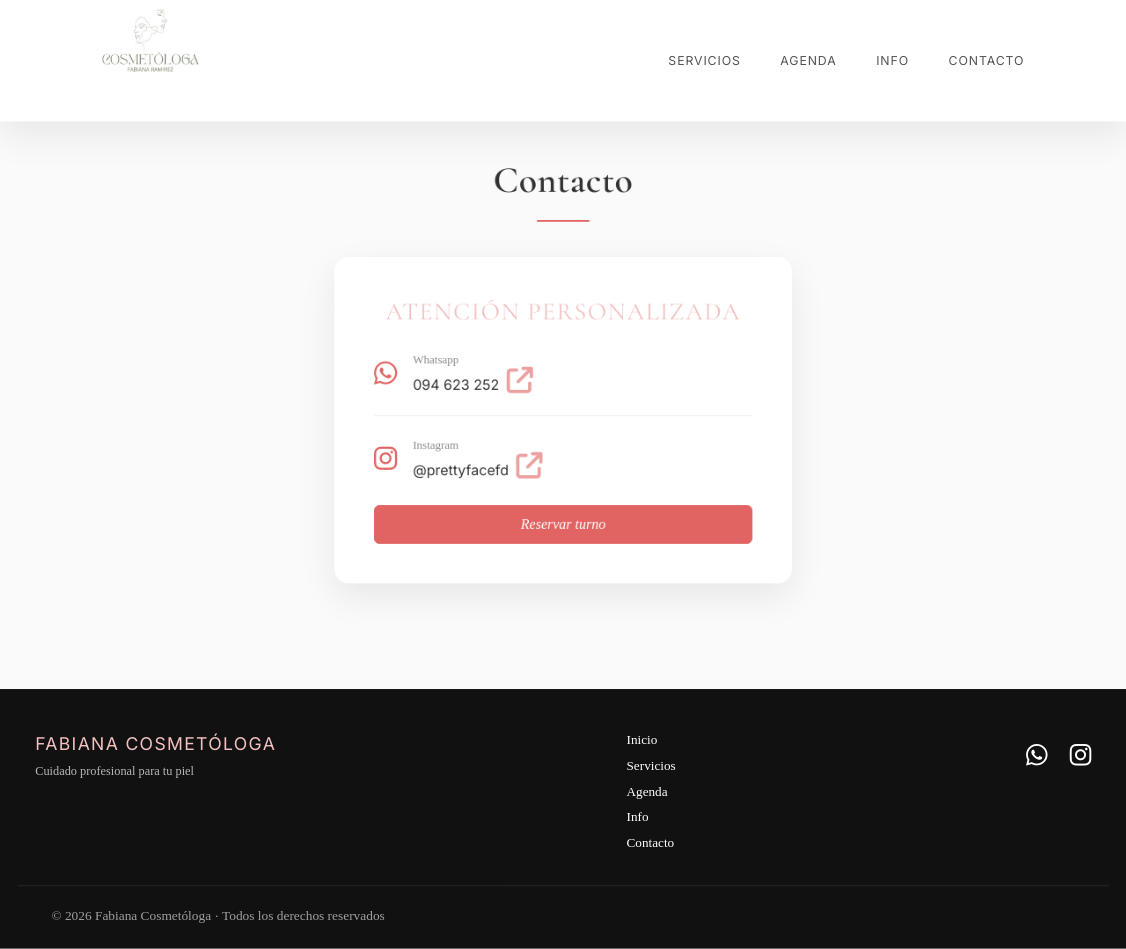
Repository: thiagobal1891-sudo/paginaweb
Page: pages/contacto.html
The author's editor kept a copy of each file at every save. The page is drawn from the files as they stood at one save, then again after the next save.
The browser window is 1280 px wide. The pictures show the whole page, at 88% of full size.
Some web fonts or font styles are not loaded; a fallback is used.

Above is the page before, as saved 2026-03-17 14:15:56.
Console error: ReferenceError: emailjs is not defined

### pages/contacto.html

<!DOCTYPE html>
<html lang="es">
<head>
  <meta charset="UTF-8">
  <meta name="viewport" content="width=device-width, initial-scale=1.0">
  <title>Fabiana Cosmetóloga</title>
  <link rel="stylesheet" href="../css/style.css">
  <link rel="preconnect" href="https://fonts.googleapis.com">
  <link rel="preconnect" href="https://fonts.gstatic.com" crossorigin>
  <link
    href="https://fonts.googleapis.com/css2?family=Melodrama:wght@400;500;600;700&family=Inter:wght@100..900&family=Poppins:wght@100..900&family=Cormorant+Garamond:wght@300..700&display=swap"
    rel="stylesheet">
  <link rel="stylesheet" href="https://cdnjs.cloudflare.com/ajax/libs/font-awesome/6.5.0/css/all.min.css"
    crossorigin="anonymous" referrerpolicy="no-referrer" />
</head>

<body>
  <header>
    <div class="container">
      <a href="../index.html" class="logo">
        <img src="../media/logo.png"
  alt="Logo de la marca"
  loading="lazy"
  decoding="async">
      </a>
      <nav>
        <a href="servicios.html">SERVICIOS</a>
        <a href="agenda.html">AGENDA</a>
        <a href="info.html">INFO</a>
        <a href="contacto.html">CONTACTO</a>
      </nav>
    </div>
  </header>
<main>
<section id="contacto" class="appear">
<div class="section-title">
<h2>Contacto</h2>
</div>
<div class="container">
<div class="contact-card">
<h3>Atención personalizada</h3>
<div class="contact-item">
<i class="fa-brands fa-whatsapp"></i>
<div class="contact-info">
<span class="label">Whatsapp</span>
<a href="https://wa.me/59894623252"
target="_blank"
rel="noopener noreferrer"
class="valor">
094 623 252
<i class="fa-solid fa-arrow-up-right-from-square link-icon"></i>
</a>
</div>
</div>
<hr>
<div class="contact-item">
<i class="fa-brands fa-instagram"></i>
<div class="contact-info">
<span class="label">Instagram</span>
<a href="https://www.instagram.com/prettyfacefd"
target="_blank"
rel="noopener noreferrer"
class="valor">
@prettyfacefd
<i class="fa-solid fa-arrow-up-right-from-square link-icon"></i>
</a>
</div>
</div>
<a href="agenda.html#agenda-ya" class="btn-vermas">
Reservar turno
</a>
</div>
</div>

</section>
</main>
  <footer class="footer">
  <div class="footer-container">
    <div class="footer-brand">
      <h3>Fabiana Cosmetóloga</h3>
      <p>Cuidado profesional para tu piel</p>
    </div>
    <div class="footer-links">
      <a href="../index.html">Inicio</a>
      <a href="../pages/servicios.html">Servicios</a>
      <a href="../pages/agenda.html">Agenda</a>
      <a href="../pages/info.html">Info</a>
      <a href="../pages/contacto.html">Contacto</a>
    </div>
    <div class="footer-social">
      <a href="https://wa.me/59894623252" target="_blank">
        <i class="fa-brands fa-whatsapp"></i>
      </a>
      <a href="https://www.instagram.com/prettyfacefd" target="_blank">
        <i class="fa-brands fa-instagram"></i>
      </a>
    </div>
  </div>
  <div class="footer-bottom">
    <p>© 2026 Fabiana Cosmetóloga · Todos los derechos reservados</p>
  </div>
</footer>
  <script src="https://cdn.jsdelivr.net/npm/emailjs-com@3/dist/email.min.js"></script>
  <script src="../script.js" defer></script>
</body>
</html>

### css/style.css
@charset "UTF-8";
* {
  box-sizing: border-box;
  margin: 0;
  padding: 0;
}
html {
  scroll-behavior: smooth;
  scroll-padding-top: var(--header-height);
  font-size: 100%;
}
:root{
  --header-height:100px;
  --primary:#E16463;
  --primary-soft:rgba(225,100,99,.15);
  --primary-soft-light:rgba(225,100,99,.08);
  --text-dark:#333;
  --text-soft:#777;
  --shadow-hover:0 20px 50px rgba(0,0,0,.12);
  --shadow-soft:0 15px 40px rgba(0,0,0,.08);
}
body{
  font-family:"Melodrama", serif;
  margin:0;
  animation:fadePage .6s ease;
  padding-top: var(--header-height);
}
@keyframes fadePage{
from{
  opacity:0;
  transform:translateY(10px);
}

to{
  opacity:1;
  transform:translateY(0);
}
}
.appear{
  opacity:0;
  transform:translateY(40px);
  transition:opacity .8s ease, transform .8s ease;
  will-change: transform, opacity;
}
.appear.show{
  opacity:1;
  transform:translateY(0);
}
h1 {
  font-size:clamp(2.2rem,4vw,4.5rem);
  line-height: 1.1;
}
h2 {
  font-size:clamp(1.6rem,3vw,2.5rem);
  line-height: 1.2;
}
p {
font-size:clamp(.95rem,1.1vw,1.1rem);
line-height:1.7;
max-width:60ch;
}
h3 {
  font-size: 0.9em;
  font-family: "Inter", sans-serif;
  font-weight: 400;
  letter-spacing: 1.5px;
  color: #f3c1c1;
  text-transform: uppercase;
}
section{
position:relative;
padding:100px 20px;
}
.info_carta {
  font-size: 0.85em;
  color: #f2f2f2;
  font-family: "Inter", sans-serif;
  line-height: 1;
  margin-bottom: 2px;
  max-width:450px;
}
ul {
  list-style: none;
  padding-left: 0;
  font-size: 0.75em;
  font-family: "Inter", sans-serif;
  color: #ffffff;
}
ul li {
  margin-bottom: 4px;
  line-height: 1.3;
  padding-left: 22px;
  position: relative;
  opacity: 0.95;
  transition: transform 0.3s ease, opacity 0.3s ease;
}
ul li::before {
  content: "✧";
  position: absolute;
  left: 0;
  top: 0;
  color: #f3c1c1;
  font-size: 0.75em;
}
img{
transition:transform .6s ease, filter .6s ease;
height: auto;
max-width: 100%;
will-change: transform;
display: block;
}
button {
  font-size: 1rem;
  font-weight: 400;
  padding: 10px 30px;
  border-radius: 10px;
  border: 1.5px solid rgb(84, 84, 84);
  box-shadow: var(--shadow-soft);
  color: white;
  background-color: #d86a6a;
  font-family: "Inter", sans-serif;
  transition: all .25s ease;
  cursor: pointer;
  font-weight: bold;
}
button:hover {
  background-color: white;
  color:var(--primary);
  border-color: white;
  transform: translateY(-2px);
}
button:active{
  transform:scale(.97);
}
.container{
  max-width:1100px;
  margin-inline:auto;
  padding-inline:20px;
  width:100%;
  position:relative;
}
.container > *:not(:last-child){
  margin-bottom:40px;
}
header{
  position:fixed;
  width:100%;
  top:0;
  left:0;
  background-color:white;
  z-index:1000;
  box-shadow: var(--shadow-soft);
  transition:.3s;
  padding:10px 0;
}
header.scrolled{
  background:rgba(255,255,255,0.9);
  backdrop-filter:blur(8px);
  box-shadow:var(--shadow-soft);
}
header .logo {
  display: flex;
  align-items: center;
  justify-content: flex-start;
}
header .logo img{
  width:110px;
  height:auto;
  margin-bottom:6px;
}
header .container {
  display: flex;
  align-items: center;
  padding:0 16px;
  justify-content: space-between;
}
header nav {
  display: flex;
  flex-direction: row;
  justify-content: center;
  align-items: center;
  text-align: center;
}
header a {
  padding: 0px 5px;
  text-decoration: none;
  color: rgb(84, 84, 84);
  display: inline-block;
  font-family: "Inter", sans-serif;
  margin: 0 5px;
  font-size:14px;
  letter-spacing:1px;
}
header a:hover {
  color:var(--primary);
}
.hero-tag{
  font-family:"Inter",sans-serif;
  letter-spacing:2px;
  font-size:12px;
  text-transform:uppercase;
  color:#f3c1c1;
  display:block;
  margin-left:20px;
  margin-bottom:12px;
  opacity:.9;
}
.hero-sub{
  color:white;
  max-width:520px;
  margin-left:20px;
  margin-top:18px;
  font-family:"Inter",sans-serif;
  font-size:clamp(0.95rem,1.1vw,1.1rem);
  line-height:1.6;
  opacity:.95;
}
.btn-hero{
  display:inline-block;
  margin-left:20px;
  margin-top:35px;
  padding:14px 34px;
  border-radius:30px;
  background:var(--primary);
  color:white;
  text-decoration:none;
  font-family:"Inter",sans-serif;
  font-weight:600;
  letter-spacing:.5px;
  transition:.3s;
}
.btn-hero:hover{
    transform:translateY(-3px);
  box-shadow:var(--shadow-hover);
}
#hero {
    display: flex;
    align-items: flex-start;
    justify-content: center;
    text-align: left;
    flex-direction: column;
    min-height: 100vh;
    background-image: linear-gradient(0deg, rgba(0, 0, 0, 0.5),
      rgba(0, 0, 0, 0.5)),
      url("../media/fotopiel-rutina-de-skincare-cuidado-facial.webp");
      background-repeat: no-repeat;
      background-size: cover;
      background-position: center center; }
#hero h1 {
  color: white;
  font-family: "Cormorant Garamond";
  font-weight: 600;
  align-self: flex-start;
  text-align: left;
  font-size:clamp(2.5rem,5vw,4.5rem);
  padding-left:20px;
  max-width:90%;
  animation:heroFade 1.2s ease;
}
#hero::after{
  content:"";
  position:absolute;
  bottom:0;
  left:0;
  width:100%;
  height:120px;
  background:linear-gradient(to bottom, transparent, white);
}

@keyframes heroFade{
from{
opacity:0;
transform:translateY(40px);
}
to{
opacity:1;
transform:translateY(0);
}
}
.section-title{
  text-align:center;
  position:relative;
  }
  #Tratamientos .section-title {
  padding-top: 70px;
}
.section-title.show{
  opacity:1;
  transform:translateY(0);
}
.section-title h2{
  font-family:"Cormorant Garamond", serif;
  font-size:36px;
  font-weight:600;
  color:var(--text-dark);
  margin-bottom:10px;
  letter-spacing:0.5px;
}
.section-title p{
  font-family:"Inter", sans-serif;
  font-size:13px;
  color: var(--text-soft);
  letter-spacing:1.5px;
  text-transform:uppercase;
  max-width:65ch;
  margin:0 auto 80px auto; /* ← separación abajo */
  text-align:center;
}
.section-title::after{
  content:"";
  display:block;
  width:60px;
  height:2px;
  background-color: var(--primary);
  margin:20px auto 0;
  border-radius:2px;
}
.no-line::after {
  display: none;
}

.carousel_infocosmet {
  width: 100%;
  position: relative;
  background-color: var(--primary-soft);
  padding:90px 0;
  overflow:hidden;
}
.carousel-track{
  display:flex;
  will-change: transform;
}
.slide{
  flex:0 0 100%;
  display:flex;
  justify-content:center;
  gap:40px;
  position:relative;
  min-width: 100%;
}
.img-wrapper{
  position:relative;
  width:100%;
  max-width:520px;
  aspect-ratio:16/9;
  height:auto;
  overflow:hidden;
  border-radius:12px;
  margin:0 auto;
  display: block;
  box-shadow: var(--shadow-soft);
  transition:transform .4s ease, box-shadow .4s ease;
}

.img-wrapper img {
  width:100%;
  height:100%;
  object-fit:cover;
  transition:transform .6s ease, filter .6s ease;
}
.img-wrapper:hover{
  transform:translateY(-4px);
}
.img-wrapper:hover img{
  transform:scale(1.06);
}

#infocosmet .img-wrapper{
  position:relative;
  overflow:hidden;
}
.badge{
  position:absolute;
  left:12px;
  background:rgba(0,0,0,.55);
  backdrop-filter:blur(4px);
  color:white;
  font-family:"Inter",sans-serif;
  font-size:11px;
  letter-spacing:1.5px;
  padding:6px 14px;
  border-radius:20px;
  white-space:nowrap;
  z-index:20;
}

.badge.top{
  top:12px;
}

.badge.bottom{
  bottom:12px;
}

#Tratamientos .container{
  background: linear-gradient(180deg, #fffdf8, #fff6ee);
  box-shadow: var(--shadow-soft);
}
.carousel-wrapper{
  overflow:hidden;
  max-width:1200px;
  margin:0 auto;
  position:relative;
}
.carta-tratamientos{
  display:flex;
  gap:20px;
  overflow-x:auto;
  scroll-snap-type:x mandatory;
  scroll-behavior:smooth;
  padding:10px;
}
.carta-tratamientos::-webkit-scrollbar{
  display:none;
}
.carta{
  flex:0 0 100%;
  scroll-snap-align:center;
  min-height:520px;
  height:auto;
  border-radius:12px;
  background:white;
  padding:30px 25px;
  background-size:cover;
  background-position:center;
  position:relative;
  overflow: hidden;
}
.carta::before{
  content:"";
  position:absolute;
  top:0;
  left:0;
  width:100%;
  height:3px;
  background-color: var(--primary);
  transform:scaleX(0);
  transform-origin:left;
  transition:transform 0.3s ease;
}
.carta:hover::before{
  transform:scaleX(1);
}
.carta > * {
  position: relative;
  z-index: 2;
}
.carta h3{
  margin-bottom:10px;
}
.carta p{
  margin-bottom:10px;
}
.carta ul{
  margin-top:10px;
}
.carta:hover::after{
  left:100%;
}
.carta:hover ul li {
  transform: translateX(4px);
  opacity: 1;
}
.carta:hover h3{
  color:var(--primary);
}
.carta,
.agenda-card,
.consulta-card{
  transition:all .35s ease;
}
.carta:hover,
.agenda-card:hover,
.consulta-card:hover{
  transition:all .35s ease;
  box-shadow: var(--shadow-hover);
}
.arrow{
  border: none;
  background: none;
  position:absolute;
  top:50%;
  transform:translateY(-50%);
  z-index:5;
  width:40px;
  height:40px;
  border-radius:50%;
  display:flex;
  align-items:center;
  justify-content:center;
  cursor:pointer;
}
.arrow.left {
  left: 15px;
}
.arrow.right {
  right: 15px;
}
.carta:first-child {
  background-image: linear-gradient(0deg, rgba(0, 0, 0, 0.5), rgba(0, 0, 0, 0.5)), url("../media/Tratamientos-3.jpg");
}
.carta:nth-child(2) {
  background-image: linear-gradient(0deg, rgba(0, 0, 0, 0.5), rgba(0, 0, 0, 0.5)), url("../media/Tratamientos-2.jpg");
}
.carta:nth-child(3) {
  background-image: linear-gradient(0deg, rgba(0, 0, 0, 0.5), rgba(0, 0, 0, 0.5)), url("../media/Tratamientos-1.jpg");
}
.carta:nth-child(4) {
  background-image: linear-gradient(0deg, rgba(0, 0, 0, 0.5), rgba(0, 0, 0, 0.5)), url("../media/Tratamientos-1.jpg");
}
.carta:nth-child(5) {
  background-image: linear-gradient(0deg, rgba(0, 0, 0, 0.5), rgba(0, 0, 0, 0.5)), url("../media/Tratamientos-2.jpg");
}
.carta:nth-child(6) {
  background-image: linear-gradient(0deg, rgba(0, 0, 0, 0.5), rgba(0, 0, 0, 0.5)), url("../media/Tratamientos-1.jpg");
}
.carta:nth-child(7) {
  background-image: linear-gradient(0deg, rgba(0, 0, 0, 0.5), rgba(0, 0, 0, 0.5)), url("../media/Tratamientos-1.jpg");
}

#agenda-ya{
  padding:120px 20px;
  background-color: var(--primary-soft);
}
.agenda-card{
  max-width:900px;
  margin:auto;
  background:white;
  padding:30px;
  border-radius:20px;
  box-shadow:var(--shadow-soft);
  border:1px solid rgba(225,100,99,.2);
}
#agenda-ya iframe{
  max-width:900px;
  width:100%;
  height:650px;
  border-radius:20px;
  background:white;
  box-shadow:var(--shadow-soft);
  border:1px solid rgba(225,100,99,.2);
  padding:10px;
}
.link-icon {
  font-size: 0.15em;
  margin-left: 4px;
  opacity: 0.6;
  transition: all 0.3s ease;
}
#consultas{
padding:120px 20px;
background-color: var(--primary-soft-light);
}
#consultas .container{
  display:flex;
  flex-direction:column;
  align-items:center;
  max-width:700px;
  margin:0 auto;
}
.consulta-card{
  width:100%;
  max-width:600px;
  margin:0 auto;
}
.consulta-sub{
  text-align:center;
  font-family:"Inter", sans-serif;
  font-size:14px;
  color: var(--text-soft);
  margin-bottom:25px;
}
.consulta-card form{
  width:100%;
  max-width:500px;
  margin:auto;
}
.consulta-card h3{
  margin-bottom:35px;
  text-align:center;
  font-family:"Cormorant Garamond", serif;
  font-size:28px;
  color:var(--text-dark);
  letter-spacing:0;
  text-transform:none;
  width:100%;
}
.form-group {
  position: relative;
  margin-bottom: 25px;
}
.form-group input,
.form-group textarea{
  width:100%;
  padding:16px 14px;
  border-radius:14px;
  border:1px solid #e5e5e5;
  font-size:15px;
  font-family:"Inter", sans-serif;
  outline:none;
  transition:all .3s ease;
  background:#fff;
}
.form-group input:focus,
.form-group textarea:focus{
  border-color: var(--primary);
  box-shadow: var(--shadow-hover);
}
.form-group label {
  position: absolute;
  left: 12px;
  top: 14px;
  font-size: 14px;
  color: #888;
  transition: 0.3s ease;
  pointer-events: none;
}
.form-group input:focus + label,
.form-group input:not(:placeholder-shown) + label,
.form-group textarea:focus + label,
.form-group textarea:not(:placeholder-shown) + label {
  top: -8px;
  left: 10px;
  font-size: 12px;
  background: white;
  padding: 0 5px;
  color:var(--primary);
}
.btn-enviar{
  width:100%;
  padding:16px;
  border-radius:30px;
  border:none;
  background:linear-gradient(135deg,#E16463,#d04f4f);
  color:white;
  font-weight:600;
  font-size:15px;
  cursor:pointer;
  transition:all .3s ease;
  margin-top:10px;
}
.btn-enviar:hover{
  transform:translateY(-2px);
  box-shadow:var(--shadow-soft);
}

#sobre{
  padding:80px 20px;
}
.sobre-container{
  display:flex;
  align-items:center;
  gap:25px;
  margin-top:50px;
  flex-wrap:wrap;
  text-align: left;
}
.sobre-container.reverse{
  flex-direction:row-reverse;
}
.sobre-texto{
  flex:1;
  min-width:280px;
}
.sobre-texto p{
  font-family:"Inter",sans-serif;
  line-height:1.7;
  margin-bottom:20px;
  color:#444;
}
.sobre-texto h3{
  font-family:"Cormorant Garamond",serif;
  font-size:30px;
  margin-bottom:10px;
}
.sobre-img{
  flex:1;
  min-width:280px;
}
.sobre-img img{
  width:100%;
  border-radius:12px;
  box-shadow: var(--shadow-soft);
}
.sobre-container.reverse .btn-vermas{
  margin-top:40px;
}
.confianza{
  padding:80px 20px;
  background:#fafafa;
}
.confianza-grid{
  display:grid;
  grid-template-columns:repeat(auto-fit,minmax(220px,1fr));
  gap:30px;
  margin-top:50px;
}
.confianza-item{
  background:white;
  padding:30px;
  border-radius:14px;
  text-align:center;
  box-shadow: var(--shadow-soft);
  transition:.3s;
}
.confianza-item:hover{
  transform:translateY(-6px);
  box-shadow:var(--shadow-hover);
}
.confianza-item i{
  font-size:34px;
  color:var(--primary);
  margin-bottom:15px;
}
.confianza-item h3{
  font-family:"Cormorant Garamond",serif;
  font-size:22px;
  margin-bottom:10px;
}
.confianza-item p{
  font-family:"Inter",sans-serif;
  font-size:14px;
  line-height:1.6;
  color:#555;
}
.link-servicios {
  display: block;
  margin-bottom: 20px;
  font-size: 1rem;
  color: var(--text-soft);
}
.btn-vermas {
  display: inline-flex;
  align-items: center;
  justify-content: center;
  padding: 12px 28px;
  border-radius: 6px;
  font-size: 1rem;
  cursor: pointer;
  font-style: italic;
  background-color: var(--primary);
  color: white;
  text-decoration: none;
  border: 1.5px solid #E16463;
  transition: all 0.3s ease;
}
.btn-vermas:hover{
  transform:translateY(-3px);
  box-shadow: var(--shadow-hover);
  background-color: white;
  color:var(--primary);
}
.whatsapp-float,
.instagram-float{
  position:fixed;
  right:25px;
  width:60px;
  height:60px;
  border-radius:50%;
  display:flex;
  align-items:center;
  justify-content:center;
  color:white;
  font-size:28px;
  text-decoration:none;
  box-shadow:0 8px 18px rgba(0,0,0,0.25);
  z-index:1000;
  transition:transform .3s ease, box-shadow .3s ease;
  animation:floatIn .6s ease;
}
.whatsapp-float i,
.instagram-float i{
  text-decoration:none;
}
.whatsapp-float{
  bottom:25px;
  background:#25D366;
}
.instagram-float{
  bottom:100px;
  background:linear-gradient(45deg,#f58529,#dd2a7b,#8134af,#515bd4);
}
.whatsapp-float:hover,
.instagram-float:hover{
  transform:scale(1.12);
  box-shadow:0 12px 24px rgba(0,0,0,0.35);
}
.hide-float{
  opacity:0;
  pointer-events:none;
  transform:translateY(20px);
  transition:all .3s ease;
}
@keyframes floatIn{
from{
  opacity:0;
  transform:translateY(40px);
}
to{
  opacity:1;
  transform:translateY(0);
}
}

#contacto{
  padding:80px 20px;
  background:#fafafa;
}
.contact-card{
  max-width:520px;
  margin:40px auto;
  background:white;
  padding:45px;
  border-radius:16px;
  box-shadow: var(--shadow-soft);
  text-align:left;
}
.contact-card h3{
  text-align:center;
  margin-bottom:30px;
  font-family:"Cormorant Garamond",serif;
  font-size:28px;
}
.contact-item{
  display:flex;
  align-items:center;
  gap:18px;
  margin:20px 0;
}
.contact-item i{
  font-size:30px;
  color:var(--primary);
}
.contact-info{
  display:flex;
  flex-direction:column;
}
.label{
  font-size:13px;
  color:#888;
}
.valor{
  font-size:16px;
  font-family:"Inter",sans-serif;
  text-decoration:none;
  color: var(--text-dark);
}
.valor:hover{
  color:var(--primary);
}
hr{
  border:none;
  border-top:1px solid #eee;
  margin:25px 0;
}
.contact-card .btn-vermas{
  display:block;
  margin:30px auto 0;
  text-align:center;
}

.footer {
  background: #111;
  color: #fff;
  padding: 50px 20px 25px;
  text-align: center;
}
.footer-container {
  display: flex;
  flex-direction: column;
  align-items: center;
  gap: 35px;
  text-align: center;
}
.footer-brand h3 {
  font-size: 20px;
  margin-bottom: 8px;
}
.footer-brand p {
  font-size: 14px;
  opacity: 0.7;
}
.footer-links {
  display: flex;
  flex-direction: column;
  gap: 12px;
}
.footer-links a {
  text-decoration: none;
  color: #fff;
  font-size: 15px;
  transition: 0.3s;
}
.footer-links a:hover {
  color:var(--primary);
}
.footer-social {
  display: flex;
  gap: 25px;
  margin-top: 10px;
}
.footer-social a {
  font-size: 28px;
  color: #fff;
  transition: 0.3s;
}
.footer-social a:active {
  transform: scale(0.9);
  color:var(--primary);
}
.footer-bottom {
  margin-top: 40px;
  padding-top: 20px;
  border-top: 1px solid rgba(255,255,255,0.15);
  font-size: 13px;
  opacity: 0.6;
}

@media (max-width: 768px){
:root{
  --header-height:80px;
}
header{
  height:var(--header-height);
  padding:8px 0;
}

header .logo img{
  width:110px;
}
.slide{
  flex-direction:column;
  gap:20px;
  align-items:center;
}
.img-wrapper{
  width:90%;
  max-width:none;
  aspect-ratio: 4/5;
}
#hero{
  align-items:center;
  text-align:center;
  padding:0 20px;
  min-height: 85vh;
}
#hero h1{
  font-size:2.4rem;
  line-height:1.2;
  padding-left:0;
  max-width:100%;
}
.hero-tag{
  margin-left:0;
  text-align:center;
}
.hero-sub{
  margin-left:0;
  text-align:center;
  font-size:0.95rem;
}
.btn-hero{
margin-left:0;
}

header nav {
  gap: 10px;
  flex-wrap: wrap;
}
.info_carta{
  font-size:0.95em;
}
ul{
  font-size:0.85em;
}
.carta{
  flex:0 0 100%;
  min-height:560px;
  padding:40px 30px;
}

.sobre-texto {
  text-align: left;
}
.sobre-texto p {
  font-size: 1rem;
}
.sobre-img2 img{
  width:900px;
  border-radius:12px;
  box-shadow: var(--shadow-soft);
}

}
@media (min-width: 1024px) {

  section{
padding:120px 40px;
}
  #hero {
  align-items: center;
  text-align: center;
  padding: 0 10%;
}
#hero h1{
  font-size:4.5rem;
}
#hero button {
  margin-left: 0;
  align-self: center;
}

header nav {
  gap: 25px;
}
.slide {
  display: flex;
  flex-direction: row;
  justify-content: center;
  gap: 40px;
}
.slide::after{
  content:"";
  position:absolute;
  top:50%;
  left:50%;
  transform:translate(-50%,-50%);
  width:1px;
  height:70%;
  background:linear-gradient( to bottom, transparent, rgba(225,100,99,0.4), transparent);
  pointer-events:none;
}
.img-wrapper {
  width: 450px;
  overflow: hidden;
  border-radius: 15px;
}

#Tratamientos {
  padding:120px 10%;
  background-color: var(--primary-soft);
}
#Tratamientos .container {
  background: linear-gradient(180deg, #fffdf8, #fff6ee);
  padding: 80px 0;
}
.carousel-wrapper {
  overflow: hidden;
  max-width:1200px;
  margin:0 auto;
}
.carta-tratamientos{
  gap:30px;
  transition: transform 0.5s ease;
}
.carta{
  flex:0 0 calc((100% - 30px) / 2);
  min-height:520px;
  height:auto;
  border-radius:20px;
  padding:50px 60px;
}
.arrow{
  background:var(--primary-soft-light);
}
.arrow.left {
  left: 10px;
}
.arrow.right {
  right: 10px;
}
.section-title h2{
  font-size:42px;
}
.sobre-container {
  flex-direction: row;
}
.sobre-texto {
  text-align: left;
}
.sobre-texto p {
  font-size: 1.1rem;
}
.sobre-img2 img{
  width:900px;
  border-radius:12px;
  box-shadow: var(--shadow-soft);
}
#agenda-ya{
  padding:120px 20px;
}
.footer-container {
  flex-direction: row;
  justify-content: space-between;
  align-items: flex-start;
  text-align: left;
  max-width: 1200px;
  margin: auto;
}
}

Loaded but not shown: script.js (130 lines, source omitted)

After the next save:
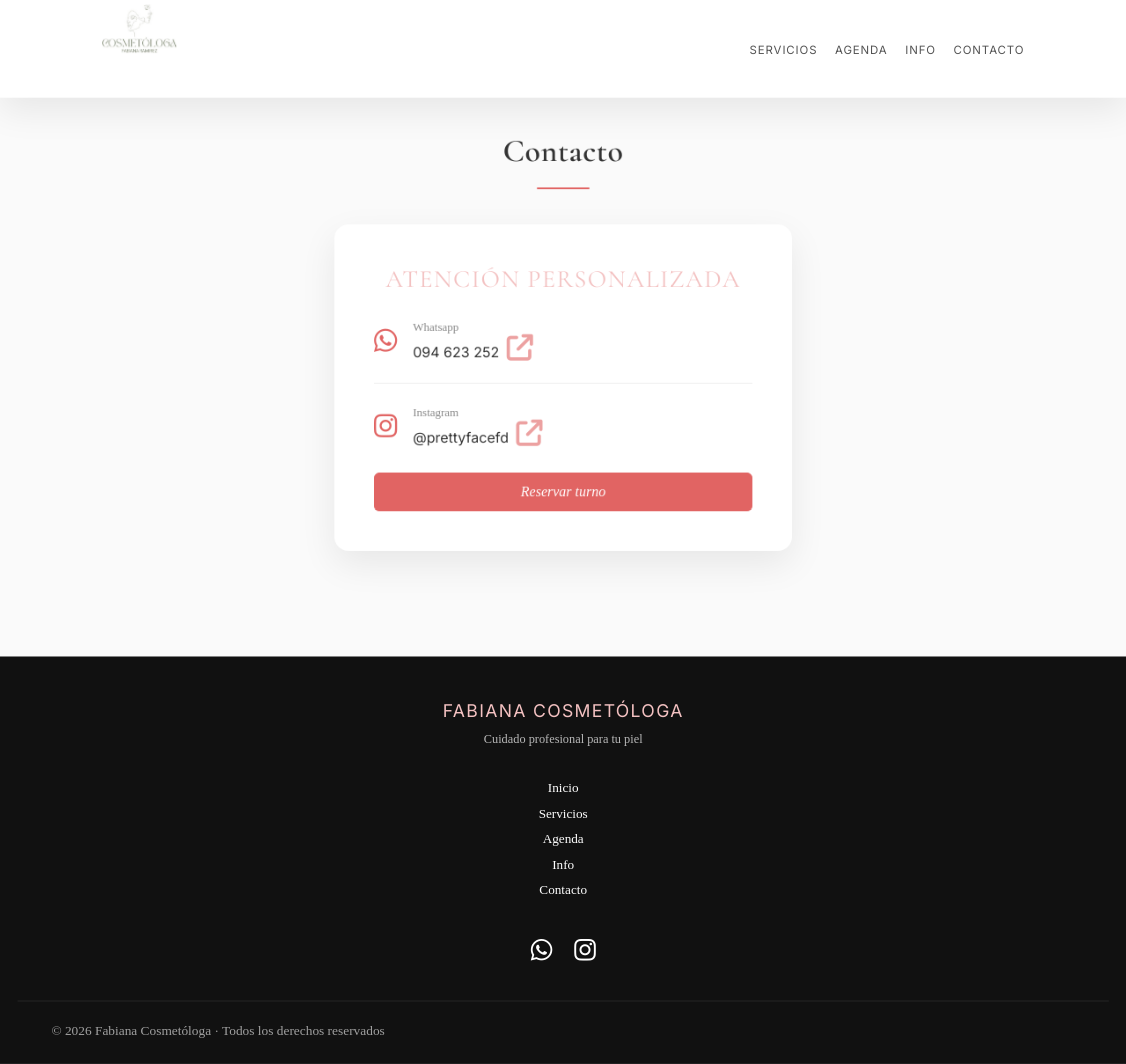
Saved 86 s later.
--- a/css/style.css
+++ b/css/style.css
@@ -994,6 +994,27 @@ ul{
 }
 @media (min-width: 1024px) {
 
+  :root{
+    --header-height:70px;
+  }
+
+  header{
+    padding:5px 0;
+  }
+
+  header .logo img{
+    width:85px;
+  }
+
+  header a{
+    font-size:13px;
+  }
+    header.scrolled{
+    padding:2px 0;
+  }
+
+  header.scrolled .logo img{
+    width:75px;
   section{
 padding:120px 40px;
 }
